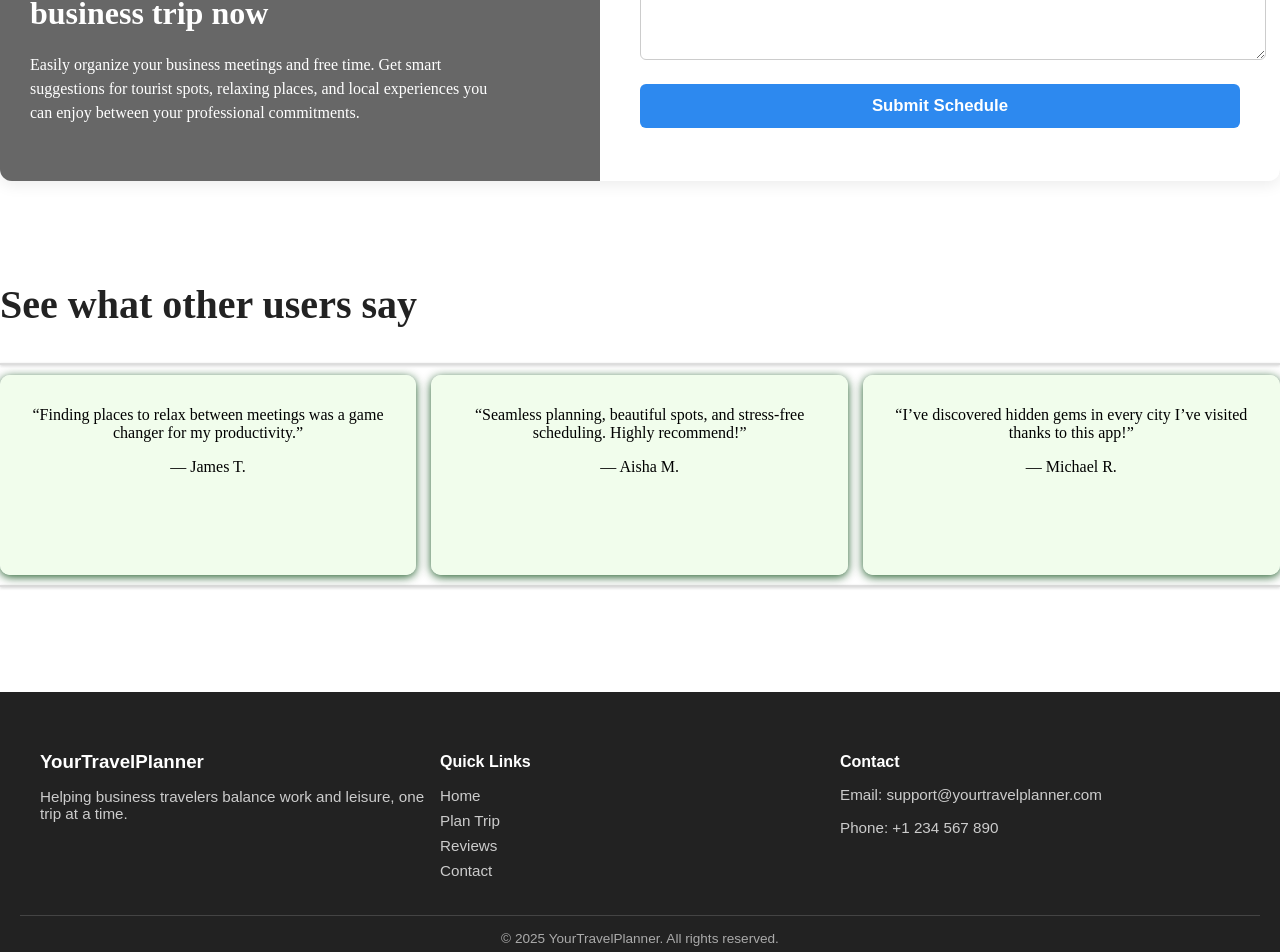
Repository: Nakib-Arman/Javafest25---travL
Page: / (app in Frontend/)
The author's editor kept a copy of each file at every save. The page is drawn from the files as they stood at one save, then again after the next save.
The browser window is 1280 px wide. The pictures show the part of the page from y = 1376 to 2328 px (the page is 2342 px tall).
Pictures or frames that could not be fetched are drawn as grey boxes. The project was rebuilt for these pictures with package versions that can differ from the ones it lists, and the page was loaded fresh each time. Also part of the build but not shown: Frontend/vite.config.js, Frontend/src/CSS/AuthForms.css, Frontend/src/Components/AuthForms.jsx, Frontend/src/CSS/SchedulePlanner.css, Frontend/src/Components/SchedulePlanner.jsx.

Above is the page before, as saved 2025-08-24 00:27:55.

After the next save:
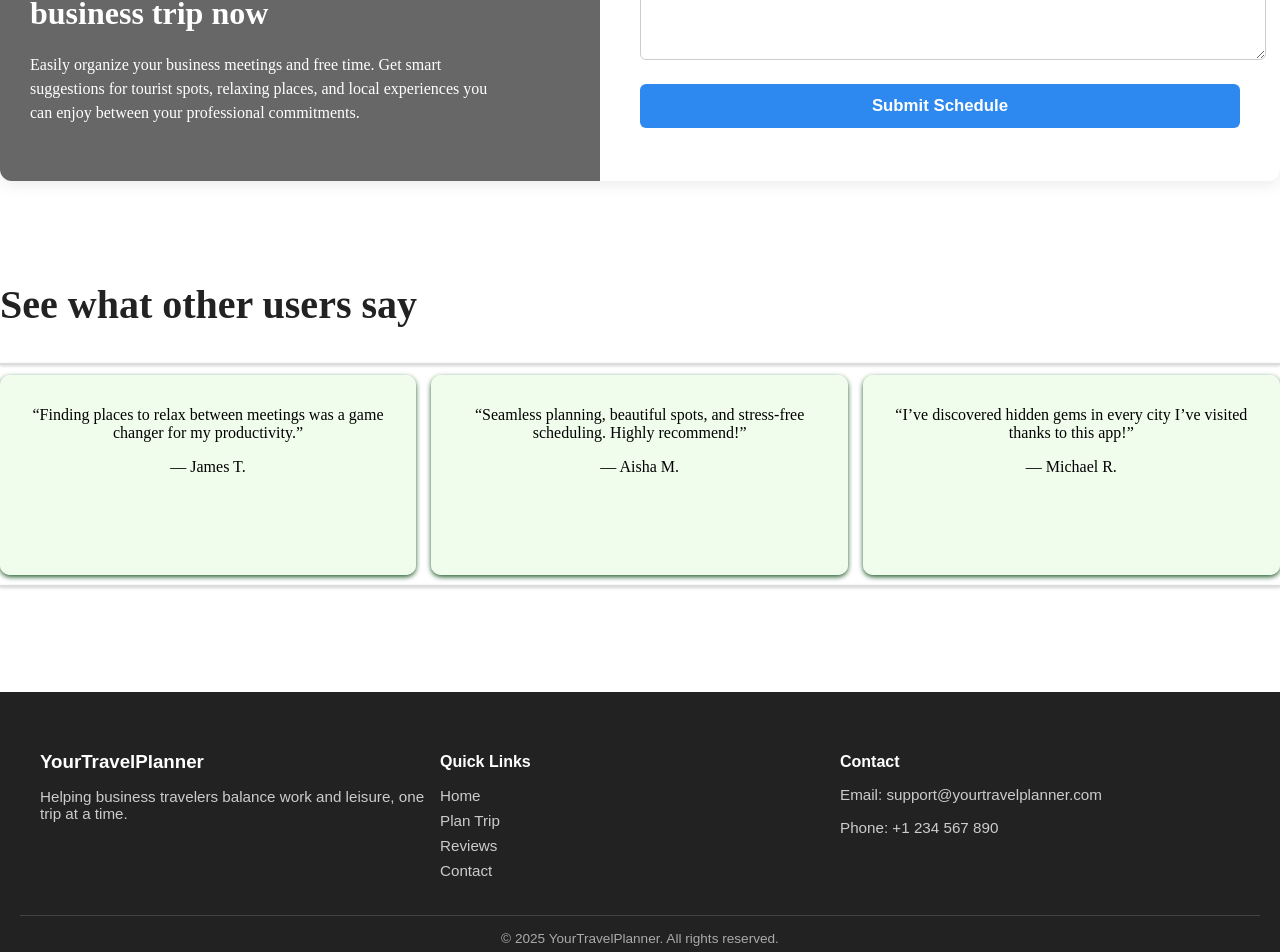
Saved 11 s later.
--- a/Frontend/src/CSS/Reviews.css
+++ b/Frontend/src/CSS/Reviews.css
@@ -50,7 +50,7 @@
     background: rgba(240, 253, 234, 0.9);
     padding: 15px;
     border-radius: 10px;
-    box-shadow: 0px 2px 10px rgba(1, 70, 12, 0.863);
+    box-shadow: 0px 2px 5px rgba(1, 70, 12, 0.863);
     flex: 0 0 calc((100% / 3) - 10px);
     box-sizing: border-box;
     min-height: 200px;
